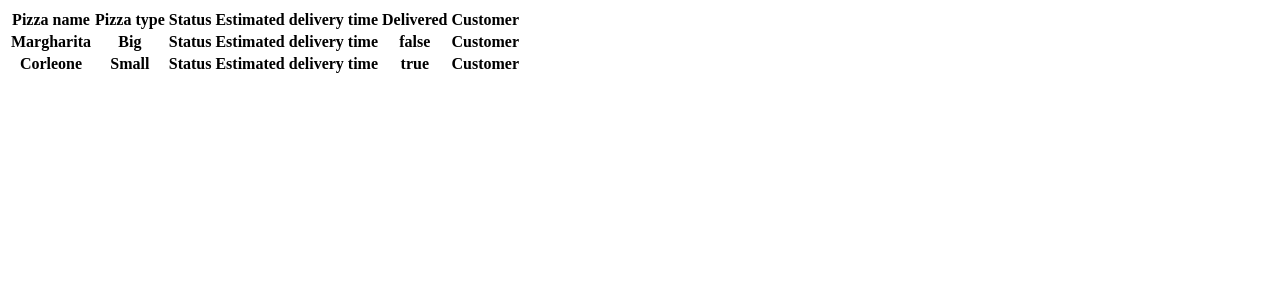
Repository: lukas77pro/html_css_js
Page: html/Test/WebContent/Tabela.html
The author's editor kept a copy of each file at every save. The page is drawn from the files as they stood at one save, then again after the next save.
The browser window is 1280 px wide. The pictures show the whole page.

Above is the page before, as saved 2015-07-10 11:47:54.

After the next save:
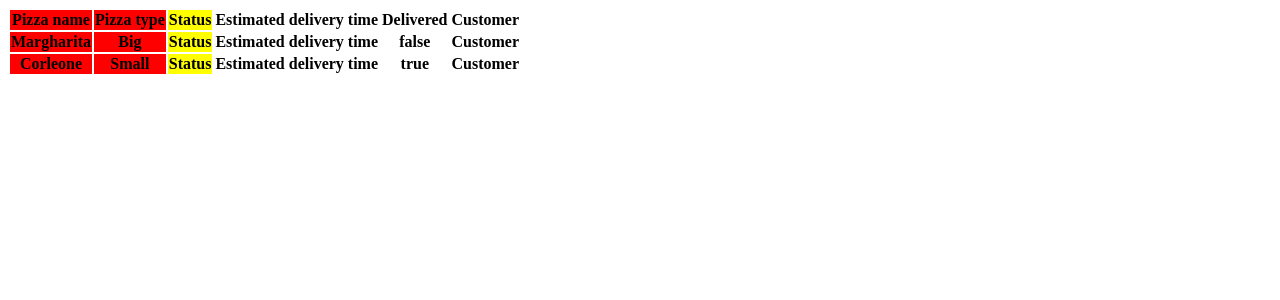
Saved 43 s later.
--- a/html/Test/WebContent/Tabela.html
+++ b/html/Test/WebContent/Tabela.html
@@ -6,6 +6,10 @@
 </head>
 <body>
 	<table>
+		<colgroup>
+			<col span="2" style="background-color: red">
+			<col style="background-color: yellow">
+		</colgroup>
 		<tr>
 			<th>Pizza name</th>
 			<th>Pizza type</th>

After the save that followed:
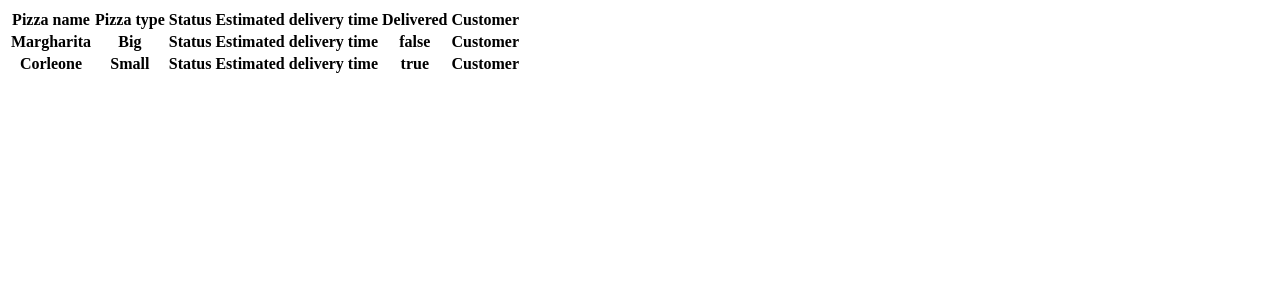
Saved 28 s later.
--- a/html/Test/WebContent/Tabela.html
+++ b/html/Test/WebContent/Tabela.html
@@ -6,10 +6,6 @@
 </head>
 <body>
 	<table>
-		<colgroup>
-			<col span="2" style="background-color: red">
-			<col style="background-color: yellow">
-		</colgroup>
 		<tr>
 			<th>Pizza name</th>
 			<th>Pizza type</th>
